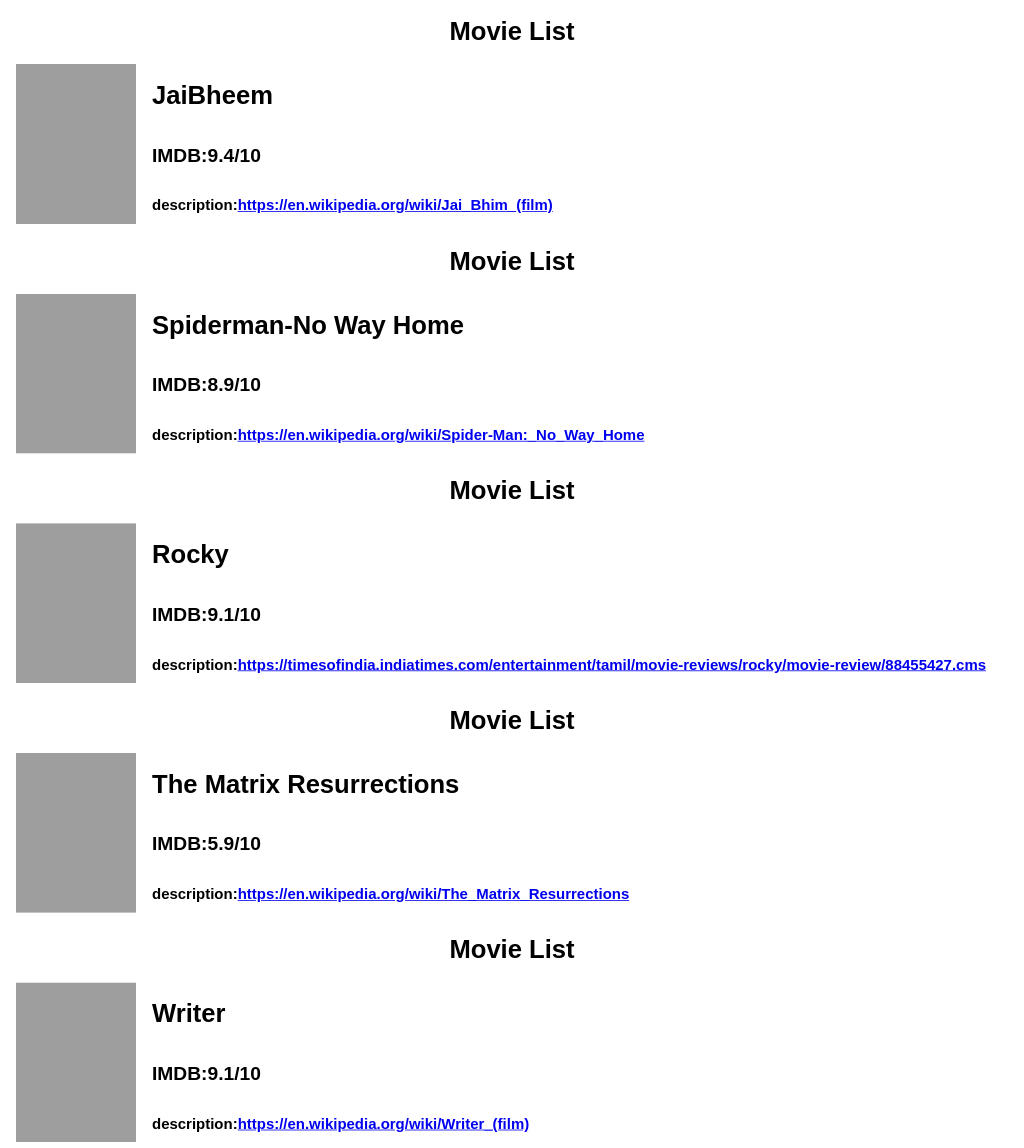
Repository: baladhinesh18/first-app
Page: /
The author's editor kept a copy of each file at every save. The page is drawn from the files as they stood at one save, then again after the next save.
The browser window is 1280 px wide. The pictures show the whole page, at 80% of full size.
Pictures or frames that could not be fetched are drawn as grey boxes. The project was rebuilt for these pictures with package versions that can differ from the ones it lists, and the page was loaded fresh each time.

Above is the page before, as saved 2021-12-25 13:18:33.

### src/App.js
import './App.css';

function App() {
  let users = [
    {
      name: "JaiBheem",
      url:
      "https://encrypted-tbn3.gstatic.com/images?q=tbn:ANd9GcQm8U_-RJoMKrgvpIVLbDV8ovuHIp-p_Ls5I7WHaXJUUCbhjQVd",
      rating:"9.4",
      summary:"https://en.wikipedia.org/wiki/Jai_Bhim_(film)"
    },
    {
      name: "Spiderman-No Way Home",
      url:
      "https://www.thehindubusinessline.com/news/variety/4sw3ar/article37984362.ece/ALTERNATES/PORTRAIT_355/Spider-Man---No-Way-Home-Poster-Pic-Credit---Marvel",
      rating:"8.9",
      summary:"https://en.wikipedia.org/wiki/Spider-Man:_No_Way_Home"
    },
    {
      name: "Rocky",
      url:
      "https://static.toiimg.com/thumb/msid-88435003,width-219,height-317,imgsize-16192/88435003.jpg",
      rating:"9.1",
      summary:"https://timesofindia.indiatimes.com/entertainment/tamil/movie-reviews/rocky/movie-review/88455427.cms"
    },
    {
      name: " The Matrix Resurrections",
      url:
      "https://encrypted-tbn0.gstatic.com/images?q=tbn:ANd9GcQHjE4eApjpFWlpAdiC_aFG2FkfvimiGW0TK4mB-hc_T4Uitj9J",
      rating:"5.9",
      summary:"https://en.wikipedia.org/wiki/The_Matrix_Resurrections"
    },
    {
      name: "Writer",
      url:
      "https://static.moviecrow.com/gallery/20210414/185058-Ey6W3Z2VoAMu4P2%20(1).jpg",
      rating:"9.1",
      summary:"https://en.wikipedia.org/wiki/Writer_(film)"
    }
  ];
  return (
    <div className="App">
      {users.map(({ name, url ,rating,summary}) => (
        <Starting nme={name} ur={url} rat={rating} des={summary} />
      ))}
    </div>
  );
}

function Starting({ nme, ur,rat,des }) {

  return (
    <div>
    <h1>Movie List</h1>
    <div className="ro">
     <img src={ur} className="mg" alt="avatar" />
      <div className="col">
      <h1> {nme}</h1>
      <h2>IMDB:{rat}/10</h2>
      <h3>description:<a href={des}>{des}</a></h3>
      </div>
    </div>
    </div>
  );
}


export default App;

### src/App.css
.App {
  font-family: sans-serif;
  text-align: center;
}
.mg {
  height: 200px;
  width: 150px;
  object-fit: center;
}
.ro{
display: flex;
flex-direction: row;
margin-left: 20px;
}
.col{
  display:flex;
  flex-direction: column;
  align-items: flex-start;
margin-left: 20px;
}
.lor{
color:orange;
}

Loaded but not shown: public/index.html (common file); src/index.js (common file); src/index.css (common file); src/reportWebVitals.js (common file)

After the next save:
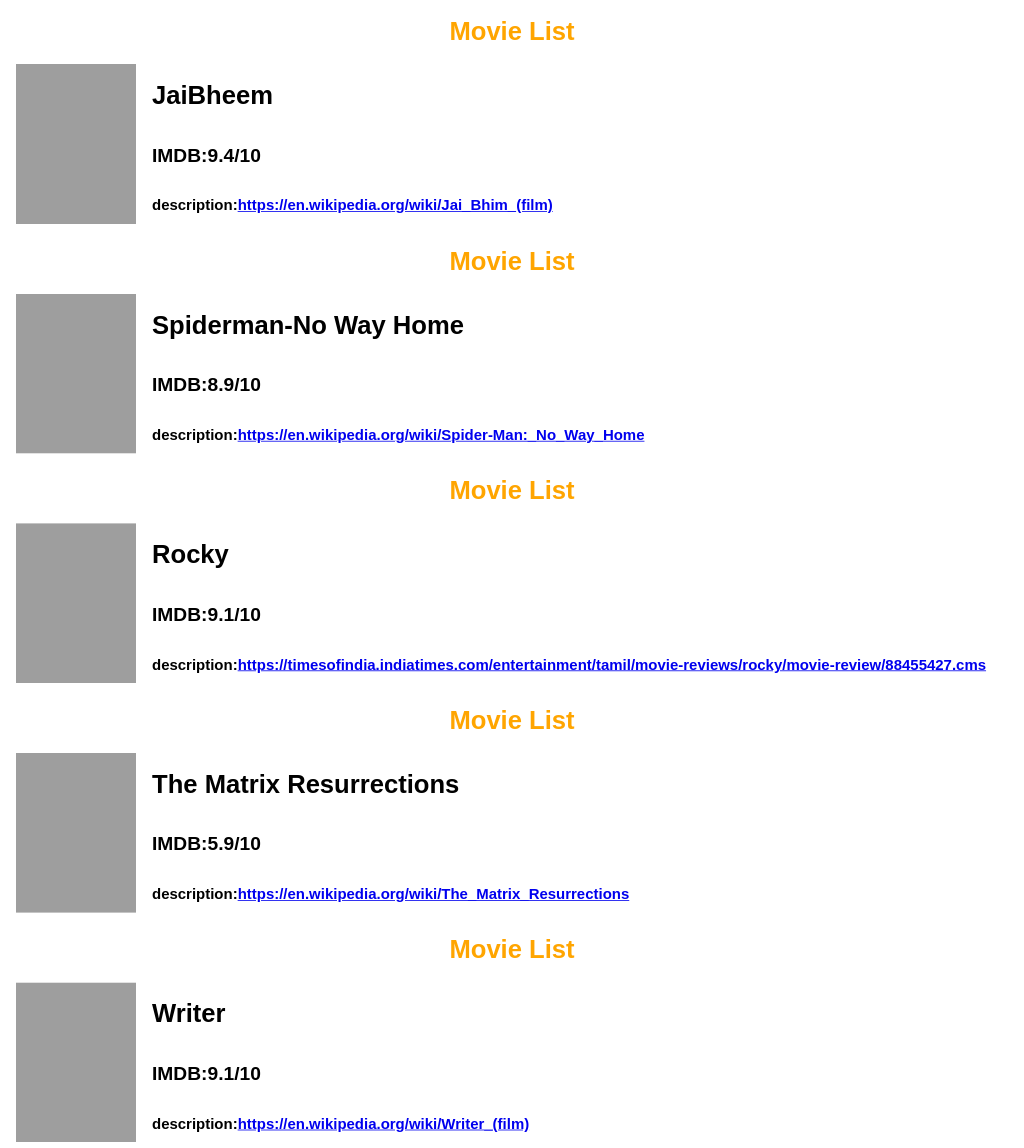
Saved 5 s later.
--- a/src/App.js
+++ b/src/App.js
@@ -51,7 +51,7 @@
 
   return (
     <div>
-    <h1>Movie List</h1>
+    <h1 className="lor">Movie List</h1>
     <div className="ro">
      <img src={ur} className="mg" alt="avatar" />
       <div className="col">
